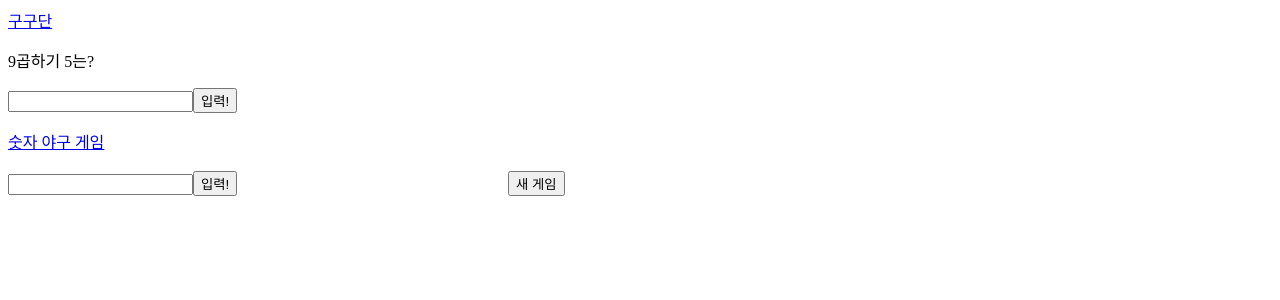
Repository: jun01270/number_baseball
Page: index.html
The author's editor kept a copy of each file at every save. The page is drawn from the files as they stood at one save, then again after the next save.
The browser window is 1280 px wide. The pictures show the whole page.

Above is the page before, as saved 2023-08-28 21:57:26.

### index.html
<!DOCTYPE html>
<html lang="en">
  <head>
    <meta charset="UTF-8" />
    <meta name="viewport" content="width=device-width, initial-scale=1.0" />
    <link rel="stylesheet" type="text/css" href="main.css" />
    <title>게임 모음</title>
  </head>
  <body>
    <a href="#gugudan">구구단</a>
    <div id="gugudan">
      <p><span id="firstNum"></span>곱하기 <span id="secondNum"></span>는?</p>
      <form id="submit">
        <input type="number" id="write" /><button>입력!</button>
      </form>
      <p id="end"></p>
    </div>
    <a href="#number_baseball">숫자 야구 게임</a>
    <div id="number_baseball">
      <br />
      <form id="baseball">
        <input id="baseball_input" type="number" /><button>입력!</button>
      </form>
      <button>새 게임</button>
      <p id="record"></p>
      <span id="baseball_strike"></span>
    </div>
    <script type="text/javascript" src="multifly.js"></script>
    <script type="text/javascript" src="baseball.js"></script>
  </body>
</html>

### main.css
#baseball {
  float: left;
  width: 500px;
}

#new_baseball {
  margin-left: -270px;
}

### multifly.js
let $firstNum = document.querySelector("#firstNum");
let $secondNum = document.querySelector("#secondNum");
let $end = document.querySelector("#end");
let $submit = document.querySelector("#submit");
let $write = document.querySelector("#write");
$firstNum.textContent = Math.floor(Math.random() * 10);
$secondNum.textContent = Math.floor(Math.random() * 10);

const multiFly = (e) => {
  if (
    parseInt($write.value) ===
    parseInt($firstNum.textContent) * parseInt($secondNum.textContent)
  ) {
    e.preventDefault();
    $end.textContent = "정답입니다!";
    $firstNum.textContent = Math.floor(Math.random() * 10);
    $secondNum.textContent = Math.floor(Math.random() * 10);
    $write.value = "";
  } else {
    e.preventDefault();
    $end.textContent = "오답입니다 다시 해보세요!!";
  }
};

$submit.addEventListener("submit", multiFly);

### baseball.js
let $baseball = document.querySelector("#baseball");
let $baseball_input = document.querySelector("#baseball_input");
let $baseball_strike = document.querySelector("#baseball_strike");
const $record = document.querySelector("#record");
let all = [];
let randomNumber = [];
for (let n = 0; n <= 9; n += 1) {
  randomNumber.push(n);
}

const answer = [];
for (let i = 0; i < 3; i++) {
  const index = Math.floor(Math.random() * randomNumber.length);
  answer.push(randomNumber[index]);
  randomNumber.splice(index, 1);
}

const sbo = () => {
  let strike = 0;
  let ball = 0;
  let out = 0;

  const array = Array.from($baseball_input.value);
  const value = array.map((x) => Number(x));
  all.push($baseball_input.value);
  record.innerHTML = `${all}`;
  console.log("정답은: ", answer.join(""));
  console.log("입력한 값은: ", value.join(""));
  if (answer.join("") === value.join("")) {
    alert("홈런!");
    $baseball_strike.append(document.createElement("br"), `S S S`);
  }
  for (let i = 0; i < answer.length; i++) {
    const index = value.indexOf(answer[i]);
    console.log(index);
    if (index > -1) {
      if (index === i) {
        strike += 1;
      } else {
        ball += 1;
      }
    }
  }
  out = answer.length - (strike + ball);
  if (strike === 1 && ball === 1 && out === 1) {
    $baseball_strike.append(document.createElement("br"), `S B O`);
  } else if (strike === 2 && ball === 1) {
    $baseball_strike.append(document.createElement("br"), `S S B`);
  } else if (strike === 1 && ball === 2) {
    $baseball_strike.append(document.createElement("br"), `S B B`);
  } else if (strike === 1 && ball === 0 && out === 2) {
    $baseball_strike.append(document.createElement("br"), `S O O`);
  } else if (strike === 2 && ball === 0 && out === 1) {
    $baseball_strike.append(document.createElement("br"), `S S O`);
  } else if (strike === 0 && ball === 1 && out === 2) {
    $baseball_strike.append(document.createElement("br"), `B O O`);
  } else if (strike === 0 && ball === 2 && out === 1) {
    $baseball_strike.append(document.createElement("br"), `B B O`);
  } else if (strike === 0 && ball === 3 && out === 0) {
    $baseball_strike.append(document.createElement("br"), `B B B`);
  } else if (strike === 0 && ball === 0 && out === 3) {
    $baseball_strike.append(document.createElement("br"), `O O O`);
  }
};

const baseball = (e) => {
  const value = Array.from($baseball_input.value);
  let count = 0;
  e.preventDefault();
  count++;
  if (count < 10) {
    if ($baseball_input.value.length >= 4) {
      alert("글자가 넘 많아요");
    } else if (new Set(value).size < 3) {
      alert("중복은 안돼요");
    } else {
      sbo();
    }
  } else {
    alert("실패!");
  }
};

$baseball.addEventListener("submit", baseball);

After the next save:
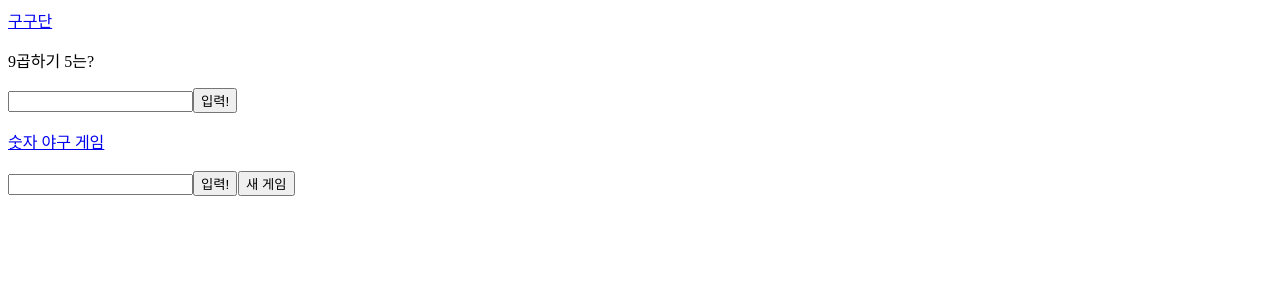
Saved 77 s later.
--- a/index.html
+++ b/index.html
@@ -11,7 +11,7 @@
     <div id="gugudan">
       <p><span id="firstNum"></span>곱하기 <span id="secondNum"></span>는?</p>
       <form id="submit">
-        <input type="number" id="write" /><button>입력!</button>
+        <input type="number" id="write" /><button id="enter">입력!</button>
       </form>
       <p id="end"></p>
     </div>
@@ -19,9 +19,11 @@
     <div id="number_baseball">
       <br />
       <form id="baseball">
-        <input id="baseball_input" type="number" /><button>입력!</button>
+        <input id="baseball_input" type="number" /><button id="enter">
+          입력!
+        </button>
       </form>
-      <button>새 게임</button>
+      <button id="new_baseball">새 게임</button>
       <p id="record"></p>
       <span id="baseball_strike"></span>
     </div>
